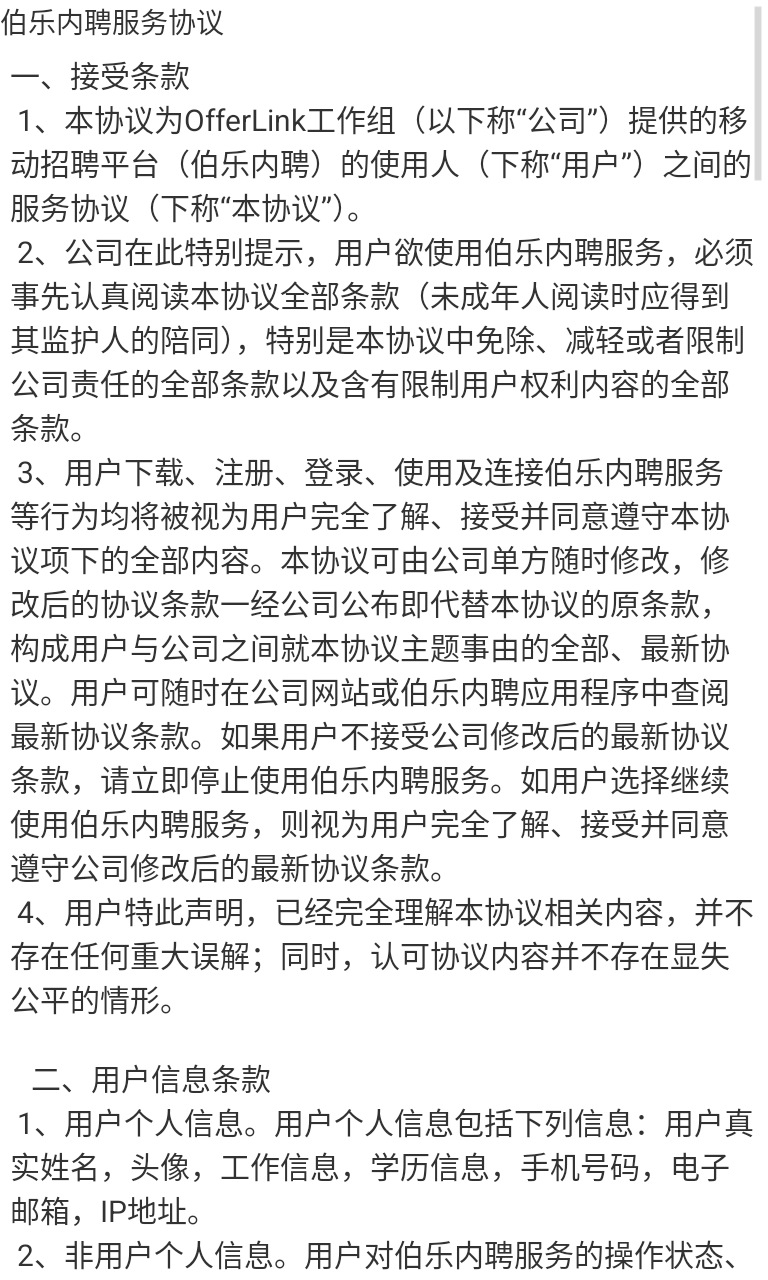
Repository: qinyuemin/OfferMe
Layout: OfferMe/OfferLinkClient/res/layout/dialog_agreement.xml
These files come from the project's save history. The layout is drawn as it stood at one moment and after the next save; the edit follows.
It is drawn on a 768 x 1280 px phone screen (xhdpi) without system bars, with theme AppTheme; the app's code is not run.

Above is the layout before, as saved 2014-12-19 17:17:21.

### OfferMe/OfferLinkClient/res/layout/dialog_agreement.xml
<?xml version="1.0" encoding="utf-8"?>
<ScrollView xmlns:android="http://schemas.android.com/apk/res/android"
    android:id="@+id/scrollView1"
    android:layout_width="match_parent"
    android:layout_height="wrap_content" >

    <LinearLayout
        android:layout_width="match_parent"
        android:layout_height="match_parent"
        android:orientation="vertical" >

        <TextView
            android:id="@+id/textView2"
            android:layout_width="wrap_content"
            android:layout_height="wrap_content"
            android:text="@string/agreement_title" />

        <TextView
            android:id="@+id/textView1"
            android:layout_width="fill_parent"
            android:layout_height="fill_parent"
            android:paddingLeft="5dp"
            android:paddingRight="5dp"
            android:paddingTop="5dp"
            android:text="@string/agreement"
            android:textSize="15sp" />

    </LinearLayout>

</ScrollView>

### OfferMe/OfferLinkClient/res/values/styles.xml
<resources>

    <!--
        Base application theme, dependent on API level. This theme is replaced
        by AppBaseTheme from res/values-vXX/styles.xml on newer devices.
    -->
    <style name="AppBaseTheme" parent="android:Theme.Holo">
        <!--
            Theme customizations available in newer API levels can go in
            res/values-vXX/styles.xml, while customizations related to
            backward-compatibility can go here.
        -->
    </style>

    <!-- Application theme. -->
    <style name="AppTheme" parent="AppBaseTheme">
        <!-- All customizations that are NOT specific to a particular API-level can go here. -->
    </style>

    <style name="LoadingTheme" parent="Theme.AppCompat.Light">
    	<!-- background color -->
        <item name="android:windowBackground">@color/loading_background</item>
        <item name="android:windowActionBar">false</item>
        <item name="android:windowNoTitle">true</item>
    </style>

    <color name="loading_background">#1e90d2</color>

    <style name="DefaultButtonColor" parent="AppBaseTheme">
        <item name="android:background">#0080FF</item>
        <item name="android:textColor">#FFFFFF</item>
        <item name="android:textSize">12sp</item>
    </style>

    <style name="DefaultTextColor" parent="AppBaseTheme">
        <item name="android:textColor">#0080FF</item>
        <item name="android:textSize">15sp</item>
    </style>

    <style name="chat_text_date_style">
	    <item name="android:padding">2dp</item>
		<item name="android:textColor">#ffffff</item>
		<item name="android:textSize">12sp</item>
		<item name="android:background">#bfbfbf</item>
	</style>

	<style name="chat_content_date_style">
	    <item name="android:minHeight">50dp</item>
	    <item name="android:gravity">left|center</item>
		<item name="android:textColor">#000000</item>
		<item name="android:textSize">15sp</item>
		<item name="android:lineSpacingExtra">2dp</item>
		<item name="android:clickable">true</item>
		<item name="android:focusable">true</item>
		<item name="android:background">#bfbfbf</item>
	</style>

	<style name="chat_text_name_style">
		<item name="android:textColor">#818181</item>
		<item name="android:textSize">15sp</item>
		<item name="android:gravity">center</item>
	</style>

</resources>

### OfferMe/OfferLinkClient/res/values/strings.xml
<?xml version="1.0" encoding="utf-8"?>
<resources>

    <string name="app_name">伯乐内聘</string>
    <string name="action_settings">设置</string>
    <string name="action_contact_us">反馈</string>
    <string name="action_logout">退出登录</string>
    <string name="action_back">返回</string>
    <string name="action_save">保存</string>
    <string name="action_me">个人中心</string>
    <string name="action_aboutus">关于我们</string>
    <string name="action_finish">完成</string>
    <string name="action_send_mail">重新发送</string>
    <string name="action_system_message">系统消息</string>
    <string name="action_load_more">正在加载......</string>
    <string name="action_set_favorite">自己的Offer不能收藏哦~</string>
    <string name="dialog_select_city">选择城市</string>
    <string name="dialog_select_domain">选择行业</string>
    <string name="title_activity">伯乐内聘</string>
    <string name="title_activity_home_page">浏览</string>
    <string name="title_activity_inscription">注册</string>
    <string name="title_activity_logged_in">欢迎</string>
    <string name="title_activity_personal_setting">个人设置</string>
    <string name="title_activity_personal_cv">简历</string>
    <string name="title_activity_personal_workinput">工作经历</string>
    <string name="title_activity_publish_offerlist">已发布的职位</string>
    <string name="title_activity_publish_add_offer">发布新职位</string>
    <string name="title_activity_publish_modify_offer">编辑已发职位</string>
    <string name="title_activity_visitor">随便看看</string>
    <string name="title_activity_publisher_info">职位详情</string>
    <string name="title_activity_demander">求推荐</string>
    <string name="title_activity_setting">设置</string>
    <string name="title_activity_message">站内信</string>
    <string name="title_activity_setting_person">个人资料</string>
    <string name="title_activity_chat">站内信</string>
    <string name="title_activity_friend_info">个人信息</string>
    <string name="title_activity_feedback">信息反馈</string>
    <string name="title_activity_forget_pwd">忘记密码</string>
    <string name="personal_cv_mine">我的简历</string>
    <string name="personal_cv_received">收到的简历</string>
    <string name="personal_cv_workyear">工作时间</string>
    <string name="personal_cv_education">最高学历</string>
    <string name="personal_cv_school">毕业院校</string>
    <string name="personal_cv_workexpirence">工作经历</string>
    <string name="personal_cv_workexpirence_ab">工作经历</string>
    <string name="personal_cv_workplace">工作单位</string>
    <string name="personal_cv_workpost">职位</string>
    <string name="personal_cv_worktime">时间</string>
    <string name="personal_cv_workinfo_hint">必填项</string>
    <string name="personal_cv_workinfo_date_hint">至今</string>
    <string name="personal_cv_year">年</string>
    <string name="personal_cv_workexpirence_first">工作经历 1</string>
    <string name="personal_cv_workexpirence_second">工作经历 2</string>
    <string name="personal_cv_workexpirence_third">工作经历 3</string>
    <string name="personal_cv_complete">简历填写不完整</string>
    <string name="personal_cv_save_success">简历保存成功</string>
    <string name="personal_cv_save_fail">简历保存失败</string>
    <string name="personal_cv_send_success">简历投递成功</string>
    <string name="personal_cv_sent_cv">抱歉，此offer已被删除</string>
    <string name="personal_cv_send_fail">简历投递失败</string>
    <string name="personal_cv_send_not_allowed_self">自己的Offer不能投递哦~</string>
    <string name="personal_cv_send_not_allowed_incomplete">简历填写不完整哦~</string>
    <string name="personal_cv_apply"> 应聘 </string>
    <string name="personal_cv_age">岁</string>
    <string name="personal_cv_post_info">添加您三段最出彩的经历</string>
    <string name="home_page_login">邮箱</string>
    <string name="home_page_password">密码</string>
    <string name="home_page_sign_in">登录</string>
    <string name="home_page_create_account">注册</string>
    <string name="home_page_weibo">微博登录</string>
    <string name="home_page_guest">随便看看</string>
    <string name="home_page_forget_password">忘记密码？</string>
    <string name="inscription_login">邮箱</string>
    <string name="inscription_button">注册</string>
    <string name="inscription_profile">头像</string>
    <string name="inscription_firstname">名</string>
    <string name="inscription_lastname">姓</string>
    <string name="inscription_name">姓名</string>
    <string name="inscription_age">年龄</string>
    <string name="inscription_workyear">工作年限</string>
    <string name="inscription_city">期望工作城市</string>
    <string name="inscription_enterprise">目前公司</string>
    <string name="inscription_post">目前职位</string>
    <string name="inscription_mail">邮箱</string>
    <string name="inscription_telephone">电话</string>
    <string name="inscription_pwd">密码</string>
    <string name="inscription_finish">完成</string>
    <string name="inscription_reset">重置</string>
    <string name="inscription_hint">必填项</string>
    <string name="inscription_photo_lib">从图库获取头像</string>
    <string name="inscription_photo_take">从相机拍摄头像</string>
    <string name="inscription_aggreement1">注册表明同意</string>
    <string name="inscription_aggreement2">服务条款</string>
    <string name="inscription_complete_info">个人资料</string>
    <string name="inscription_cancel">取消</string>
    <string name="loggedin_publish">发内推</string>
    <string name="loggedin_demand">求内推</string>
    <string name="loggedin_mail">站内信</string>
    <string name="loggedin_info">我</string>
    <string name="loggedin_success">登录成功</string>
    <string name="loggedin_fail_network">抱歉，由于网络原因，暂时无法登录</string>
    <string name="loggedin_fail_password">用户名密码错误</string>
    <string name="personal_setting_upload">更换头像</string>
    <string name="personal_setting_firstname">名</string>
    <string name="personal_setting_lastname">姓</string>
    <string name="personal_setting_city">所在城市</string>
    <string name="personal_setting_enterprise">所在公司</string>
    <string name="personal_setting_mail">邮箱</string>
    <string name="personal_setting_telephone">电话</string>
    <string name="personal_setting_pwd">密码</string>
    <string name="personal_setting_send_message">站内信</string>
    <string name="personal_setting_save">保存更改</string>
    <string name="personal_setting_change_pwd">更改密码</string>
    <string name="personal_setting_change">更改</string>
    <string name="personal_setting_publish">公开</string>
    <string name="personal_setting_offer_detele">删除</string>
    <string name="personal_setting_first_work">应届生</string>
    <string name="publisher_enterprise">公司</string>
    <string name="publisher_city">地点</string>
    <string name="publisher_domain">行业</string>
    <string name="publisher_post">职位</string>
    <string name="publisher_mailbox">接收邮箱</string>
    <string name="publisher_salary">月薪</string>
    <string name="publisher_content">职位详情</string>
    <string name="publisher_salary_unit">元/月</string>
    <string name="publisher_entreprise_hint">必填项</string>
    <string name="publisher_city_hint">必填项</string>
    <string name="publisher_post_hint">必填项</string>
    <string name="publisher_content_hint">必填项</string>
    <string name="publisher_domain_hint">公司所属行业</string>
    <string name="publisher_mailbox_hint">邮箱</string>
    <string name="publisher_salary_hint">不填为面议</string>
    <string name="publisher_finish">发布</string>
    <string name="publisher_reset">重置</string>
    <string name="publisher_prompt">行业</string>
    <string name="publisher_set_favorite">赞</string>
    <string name="publisher_phone_call">呼叫</string>
    <string name="publisher_phone_cancel">取消</string>
    <string name="publisher_education">学历</string>
    <string name="publisher_workyear">工作年限</string>
    <string name="publisher_post_info">职位信息</string>
    <string name="publisher_post_demand">职位要求</string>
    <string name="publisher_post_description">职位描述</string>
    <string name="publisher_mailbox_not_public">邮箱不公开哦~</string>
    <string name="ic_menu_search">搜索</string>
    <string name="demander_search_entreprise">公司或职位</string>
    <string name="demander_search_region">地区</string>
    <string name="demander_search">搜索</string>
    <string name="publisher_info_name">推荐人</string>
    <string name="publisher_info_city">目前在</string>
    <string name="publisher_info_entreprise">就职于</string>
    <string name="publisher_info_contact_info">联系方式</string>
    <string name="publisher_info_post_detail">发布的职位</string>
    <string name="publisher_info_send_mail">发站内信</string>
    <string name="publisher_offer_info_date">发布日期:</string>
    <string name="publisher_offer_info_mail">联系邮箱:</string>
    <string name="publisher_offer_info_name">联系人</string>
    <string name="publisher_offer_info_salary">月薪</string>
    <string name="publisher_offer_info_education">学历</string>
    <string name="publisher_offer_info_workyear">工作年限</string>
    <string name="publisher_offer_info_share">分享</string>
    <string name="publisher_offer_info_sendmail">站内信</string>
    <string name="publisher_offer_info_favorite">收藏</string>
    <string name="publisher_offer_success">恭喜，职位发布成功</string>
    <string name="publisher_offer_modify_success">恭喜，职位修改成功</string>
    <string name="publisher_offer_fail">抱歉，职位发送失败</string>
    <string name="publisher_offer_modify_fail">抱歉，职位修改失败</string>
    <string name="publisher_offer_not_complete">抱歉，您的信息填写不全</string>
    <string name="publisher_offer_mailformat_error">抱歉，您填写的邮箱有误</string>
    <string name="publisher_offer_mail_not_public">邮箱不公开哦~</string>
    <string name="search_favorite_offer_success">恭喜，操作成功</string>
    <string name="search_favorite_offer_fail">抱歉，操作失败</string>
    <string name="search_offer_no_more">没有更多结果了哦~</string>
    <string name="setting_new_message">新消息通知</string>
    <string name="setting_new_message_accept">接受</string>
    <string name="setting_version">版本</string>
    <string name="setting_about_us">关于我们</string>
    <string name="setting_recommand_friedns">推荐给朋友</string>
    <string name="setting_person_profile">头像</string>
    <string name="setting_person_name">姓名</string>
    <string name="setting_person_email">邮箱</string>
    <string name="setting_person_phone">手机</string>
    <string name="setting_person_city">目前城市</string>
    <string name="setting_person_entreprise">目前公司</string>
    <string name="setting_person_public">公开</string>
    <string name="setting_person_private">隐藏</string>
    <string name="setting_person_info">个人信息</string>
    <string name="setting_person_workinfo">职业信息</string>
    <string name="setting_person_favorite_offer">收藏的职位</string>
    <string name="setting_person_applied_offer">应聘的职位</string>
    <string name="setting_person_published_offer">发出的职位</string>
    <string name="chat_list_bar_title">站内信</string>
    <string name="chat_list_bar_edit">编辑</string>
    <string name="chat_list_system">系统消息</string>
    <string name="chat_list_system_noMessage">没有系统消息</string>
    <string name="chat_list_cv">我收到的简历</string>
    <string name="chat_friend_name">姓名</string>
    <string name="chat_list_last_message">没有新消息</string>
    <string name="chat_list_last_message_time">时间</string>
    <string name="chat_bar_title">未知</string>
    <string name="chat_bar_return">返回</string>
    <string name="chat_back">返回</string>
    <string name="chat_send">发送</string>
    <string name="char_fail">信息发送失败</string>
    <string name="forget_pwd_mail">注册的邮箱</string>
    <string name="aboutus_qq">官方吐槽QQ：3175007934</string>
    <string name="aboutus_weixin">微信公众账号：OfferLink</string>
    <string name="aboutus_service">服务条款</string>
    <string name="agreement_title">伯乐内聘服务协议</string>
    <string name="agreement">
一、接受条款\n
1、本协议为OfferLink工作组（以下称“公司”）提供的移动招聘平台（伯乐内聘）的使用人（下称“用户”）之间的服务协议（下称“本协议”）。\n
2、公司在此特别提示，用户欲使用伯乐内聘服务，必须事先认真阅读本协议全部条款（未成年人阅读时应得到其监护人的陪同），特别是本协议中免除、减轻或者限制公司责任的全部条款以及含有限制用户权利内容的全部条款。\n
3、用户下载、注册、登录、使用及连接伯乐内聘服务等行为均将被视为用户完全了解、接受并同意遵守本协议项下的全部内容。本协议可由公司单方随时修改，修改后的协议条款一经公司公布即代替本协议的原条款，构成用户与公司之间就本协议主题事由的全部、最新协议。用户可随时在公司网站或伯乐内聘应用程序中查阅最新协议条款。如果用户不接受公司修改后的最新协议条款，请立即停止使用伯乐内聘服务。如用户选择继续使用伯乐内聘服务，则视为用户完全了解、接受并同意遵守公司修改后的最新协议条款。\n
4、用户特此声明，已经完全理解本协议相关内容，并不存在任何重大误解；同时，认可协议内容并不存在显失公平的情形。\n\n

二、用户信息条款\n
1、用户个人信息。用户个人信息包括下列信息：用户真实姓名，头像，工作信息，学历信息，手机号码，电子邮箱，IP地址。\n
2、非用户个人信息。用户对伯乐内聘服务的操作状态、使用记录、使用习惯等反映在公司服务器端的全部记录信息，及其他一切本条第1款所述的用户个人信息范围外的信息，均为普通信息，均不属于用户个人信息。\n
3、第三方平台记录信息。用户通过新浪微博账号等第三方平台账号（下称“第三方平台”）注册、登陆、使用伯乐内聘服务的，将被视为用户完全了解、同意并接受公司已包括但不限于收集、统计、分析等方式使用其在新浪微博等第三方平台上填写、登记、公布、记录的全部信息（下称“第三方平台记录信息”）。用户一旦使用第三方平台账号注册、登陆、使用伯乐内聘服务，公司对该等第三方平台记录的信息的任何使用，均将被视为已经获得了用户本人的完全同意并接受。\n
4、重要提示：为向客户提供伯乐内聘服务，公司将可能使用用户个人信息、非用户个人信息及第三方平台记录信息（以下合称“用户信息”）。用户一旦注册、登陆、使用伯乐内聘服务，将视为用户完全了解、同意并接受公司通过包括但不限于收集、统计、分析、使用等方式使用用户信息。\n
5、用户个人信息的使用目的、方式和范围。用户承诺其已完全了解：公司使用用户信息的目的在于：为用户提供包括职位推荐、简历查询、发布职位等伯乐内聘服务的各项功能；公司使用用户信息的方式包括但不限于：收集、统计、分析、商业用途的使用等方式；公司使用用户信息的范围包括但不限于：本条第1、2、3款所定义的用户个人信息、非用户个人信息、第三方平台记录信息等。\n
6、用户查询、更正信息的渠道。用户可通过伯乐内聘服务中的【更新个人信息】相关功能查询、更正其授权伯乐内聘服务使用的用户信息。\n
7、用户拒绝提供信息的方式及后果。用户可以通过停止使用伯乐内聘服务，不再向公司提供用户信息。但是，用户此前同意公司使用的用户信息，公司不承担删除、销毁的责任。用户拒绝提供用户信息的，公司可以随时停止提供伯乐内聘服务。\n
8、特别说明：用户授权的明确性和不可撤销性。用户注册、登陆、使用伯乐内聘服务的行为，即视为明确同意公司收集和使用其用户信息，无需其他意思表示。用户对公司的前述明确同意是不可撤销、基于其自身真实意思表示的授权。公司对用户信息的使用无需向用户支付任何费用。用户可关闭账户或者停止使用伯乐内聘服务，但是用户前述关闭或停止使用的行为，对公司无追溯效力，公司此前经用户同意和授权对用户信息的一切使用行为，仍然合法有效。\n
9、公司承诺。公司不会以违反法律、行政法规以及本协议约定的方式收集、使用用户信息。\n\n

三、伯乐内聘服务使用规则\n
1、用户完全了解并同意：用户对以其帐号注册、登陆、使用伯乐内聘服务的全部行为，包括其提供给公司的全部用户信息、以其伯乐内聘服务账号进行的所有行为和事件独立承担完全的法律责任。\n
2、用户同意在使用伯乐内聘服务过程中，严格遵守以下规则：\n
（1）遵守中国法律、法规、行政规章及规范性文件；\n
（2）遵守公司所有与伯乐内聘服务有关的协议、规定、程序、通知、使用守则等全部文件；\n
（3）不得为任何违法、犯罪目的而使用伯乐内聘服务；\n
（4）不得以任何形式使用伯乐内聘服务侵犯公司的合法权利；\n
（5）不得利用伯乐内聘服务进行任何可能对互联网正常运转造成不利影响的行为；\n
（6）不得利用公司提供的服务上传、展示或传播任何虚假的、骚扰性的、中伤他人的、种族歧视性的、辱骂性的、恐吓性的、情色的或其他任何非法的信息资料；\n
（7）不得以任何方式侵犯其他任何人依法享有的专利权、著作权、商标权、商业秘密等知识产权，第三人的名誉权或其他任何第三方的合法权益。\n
3、公司有权对用户使用伯乐内聘服务的情况进行审查和监督，如用户在使用伯乐内聘服务时违反任何上述约定，公司有权要求用户改正或直接单方面采取一切必要措施，以消除或减轻用户不当行为给公司、第三方、互联网服务或社会公共利益造成的任何影响。公司在进行前述操作前，操作过程中或操作完成后不对用户进行任何方式的通知。\n
4、用户在使用公司各项服务的同时，同意接受公司发布、推送、提供的各类信息。\n
5、用户同意，公司有权随时变更、中止或终止部分或全部的伯乐内聘服务，公司无需就此通知用户，且公司不因此对用户或任何第三方承担任何责任。\n\n

四、信息披露的免责条款\n
公司将按照法律法规的规定及行业规范使用用户信息，不向任何无关的第三方披露用户个人信息中能够对用户个人进行身份辨识的用户个人信息或用户个人通讯信息，但有下列情形之一的除外：\n
1、事先获得了用户的明确授权；\n
2、为了维护公众以及公司的合法利益；\n
3、公司可能会与第三方合作向用户提供相关的网络服务，在此情形下，如果该等第三方同意承担与本协议约定的用户隐私保护条款同等的责任，则公司有权将用户信息提供给该等第三方，无需获得用户的另行同意；\n
4、按照有关的法律法规要求；\n
5、按照相关政府主管部门、司法机关的要求。\n
用户完全了解并同意，发生上述任何一种或多种情形时，公司对向任何第三方披露用户信息的行为不承担任何责任。\n\n

五、知识产权\n
1、“知识产权”是指与伯乐内聘服务相关的各种类的过去有效的、现行有效的、或即将产生的知识产权，包括但不限于发明专利、商标、著作权、实用新型、外观设计、布图设计、商业秘密、其他知识产权以及相关申请的权利。\n
2、公司为与伯乐内聘服务相关的全部知识产权的权利人，对伯乐内聘服务提供过程中包含的全部知识产权，包括但不限于任何文本、图片、图形、音频和/或视频资料享有及保留完整、独立的全部权利。未经公司同意，用户不得在任何媒体直接或间接发布、播放、出于播放或发布目的而改写或再发行公司享有知识产权的或者伯乐内聘服务提供任何资料和信息，也不得将前述资料和信息用于任何商业目的。\n
3、对于用户本人创作并上传到伯乐内聘网站或平台的任何文本、图片、图形、音频和/ 或视频等，公司保留对其内容进行实时监控的权利，并有权依公司独立判断对任何违反本协议约定或涉嫌违法、违规的内容实施删除。公司对于删除用户作品引起的任何后果或导致用户的任何损失不负任何责任。\n
4、本条款非经公司书面同意将持续有效，不因用户关闭伯乐内聘服务账户或者停止使用伯乐内聘服务而失效。\n\n

六、其他免责声明\n
1、信息依现状提供。公司提供的全部服务信息仅依照该等信息提供时的现状提供并仅供用户参考，公司不对信前述信息的准确性、完整性、适用性等做任何承诺和保证。用户应对公司提供的信息自行判断，并承担因使用前述信息而引起的任何、全部风险，包括因其对信息的正确性、完整性或实用性的任何依赖或信任而导致的风险。公司无需对因用户使用信息的任何行为导致的任何损失承担责任。\n
2、对于因不可抗力或公司不能预料、或不能控制的原因（包括但不限于计算机病毒或黑客攻击、系统不稳定、用户不当使用账户、以及其他任何技术、互联网络、通信线路原因等）造成的包括但不限于用户计算机信息和数据的安全，用户个人信息的安全等给用户或任何第三方造成的任何损失等，公司不承担任何责任。\n
3、由于用户以违法、违规或违反本协议约定等任何方式使用伯乐内聘服务的行为，包括但不限于登录网站内容违法、不真实、不正当，侵犯第三方任何合法权益等，给公司或其他第三人造成的任何损失，用户同意承担由此造成的全部损害赔偿责任。\n
4、用户完全了解并同意，在使用伯乐内聘服务的过程中，可能存在来自任何其他第三方的包括威胁性的、诽谤性的、令人反感的或非法的内容或行为，也可能存在对他人权利（包括知识产权）造成侵犯的匿名、冒名、或伪造的各种信息或行为，用户须自行判断相关内容、信息、行为的安全性等风险，并自行独立承担上述风险给公司或第三方造成的任何责任。\n
5、公司及其合作方对伯乐内聘服务的任何及全部内容不作任何形式的承诺或保证，不论是明确的或暗示的。前述承诺或保证包括但不限于：伯乐内聘服务真实性、适销性、对特定用途的适用性、任何形式的所有权保证，非侵权保证等。公司对因前述未做承诺或保证的内容导致的任何直接、间接、偶然、特殊及后续的损害，不承担任何责任。\n\n

七、适用法律和争议解决\n
1、本协议的成立、生效、履行、解释及因本协议产生的任何争议，均适用中华人民共和国法律（不包括港澳台地区法律）。\n
2、用户和公司之间与本协议有关的任何争议，首先应友好协商解决，在争议发生之日起三十日内仍不能通过协商达成一致的，用户在此完全、不可撤销地同意将前述争议提交有限公司住所地的人民法院进行诉讼。\n\n

八、其他规定\n
1、如本协议中的任何条款因任何原因完全或部分无效或不具有执行力，均不影响本协议其他条款的效力。\n
2、本协议及本协议任何条款内容的最终解释权及修改权归公司所有。若您对公司及本服务有任何意见，欢迎垂询公司客服中心。服务热线：【QQ：3175007934】，服务网站：【http://www.offerlink.cn】。\n
</string>

</resources>

Loaded but not shown: OfferMe/OfferLinkClient/res/values-v11/styles.xml (common file); OfferMe/OfferLinkClient/res/values-v14/styles.xml (common file)

After the next save:
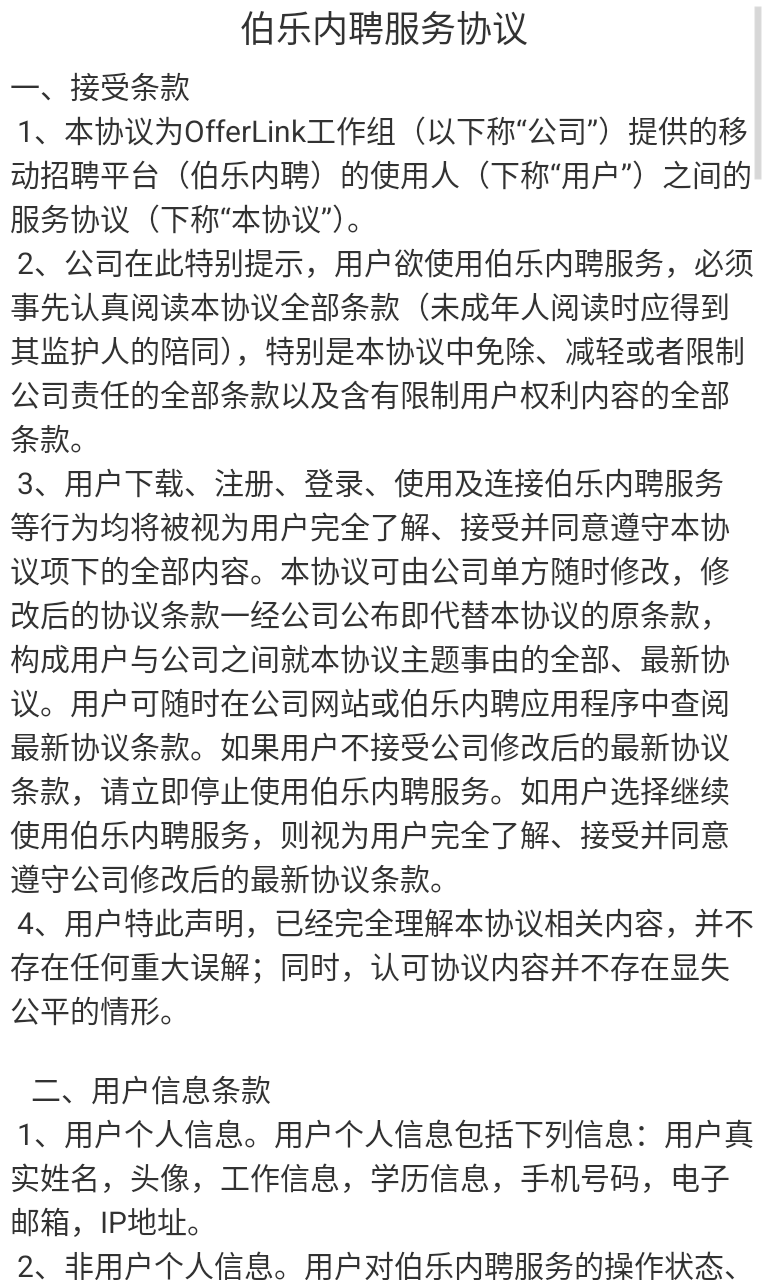
Saved 47 s later.
--- a/OfferMe/OfferLinkClient/res/layout/dialog_agreement.xml
+++ b/OfferMe/OfferLinkClient/res/layout/dialog_agreement.xml
@@ -11,9 +11,11 @@
 
         <TextView
             android:id="@+id/textView2"
-            android:layout_width="wrap_content"
+            android:layout_width="fill_parent"
             android:layout_height="wrap_content"
-            android:text="@string/agreement_title" />
+            android:gravity="center_horizontal"
+            android:text="@string/agreement_title"
+            android:textSize="18sp" />
 
         <TextView
             android:id="@+id/textView1"
